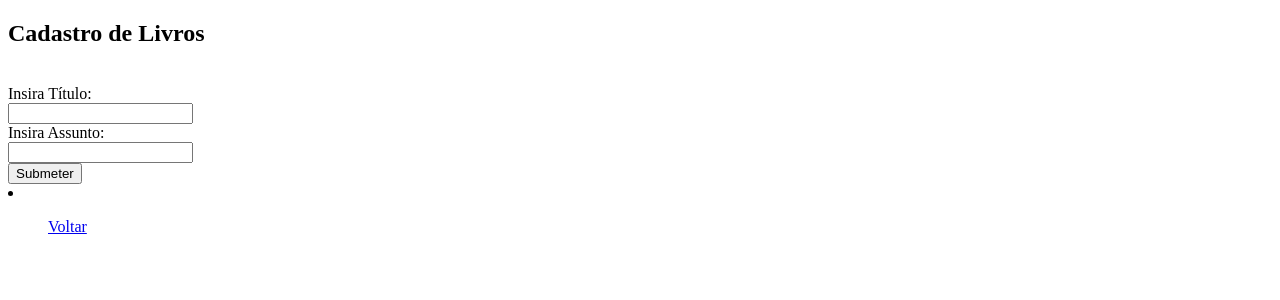
Repository: vpanarello/EJB
Page: http://localhost/03_LivrosWeb/cadastro.jsp
These files come from the project's save history. The page is drawn as it stood at one moment and after the next save; the edit follows.
The browser window is 1280 px wide. The pictures show the whole page.
The page is served by Tomcat 9.

Above is the page before, as saved 2016-08-31 23:03:22.

After the next save:
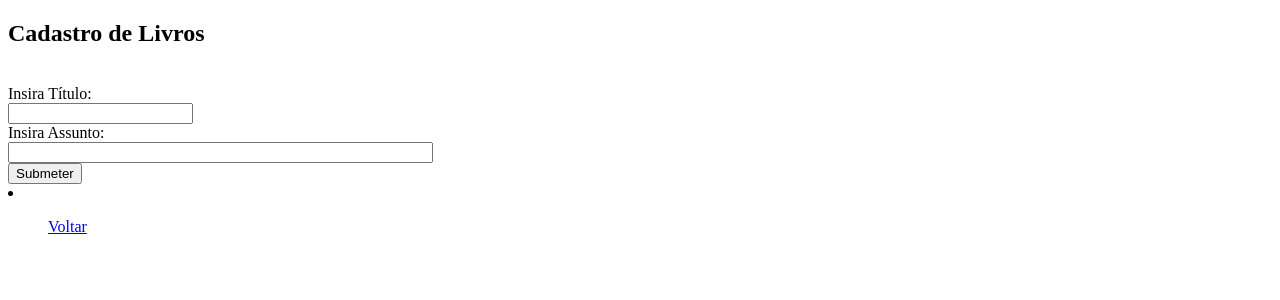
Saved 82 s later.
--- a/03_LivrosWeb/WebContent/cadastro.jsp
+++ b/03_LivrosWeb/WebContent/cadastro.jsp
@@ -15,7 +15,7 @@
 		<label>Insira Título:</label><br>
 		<input type="text" name="titulo"><br>
 		<label>Insira Assunto:</label><br>
-		<input length="100px" type="text" name="assunto"><br>
+		<input size="50" type="text" name="assunto"><br>
 		<input type="submit" name="submeter" value="Submeter">
 
 
